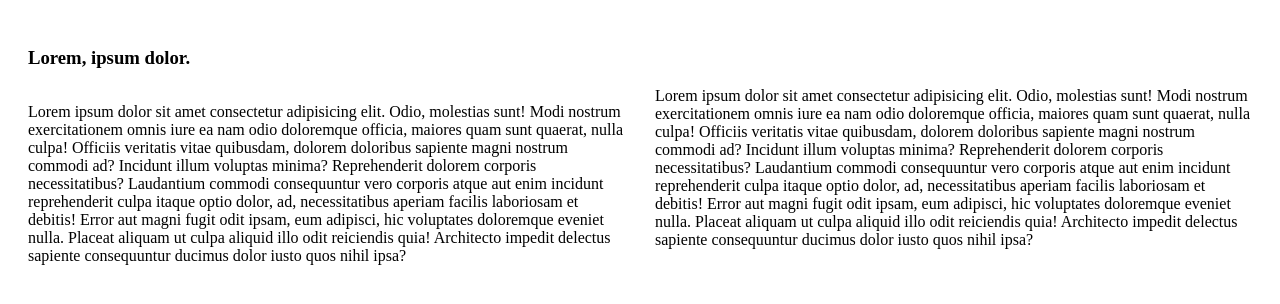
Repository: dinhhaidh/slider-book
Page: index.html
The author's editor kept a copy of each file at every save. The page is drawn from the files as they stood at one save, then again after the next save.
The browser window is 1280 px wide. The pictures show the whole page.

Above is the page before, as saved 2024-01-15 09:15:33.

### index.html
<!DOCTYPE html>
<html lang="en">
<head>
    <meta charset="UTF-8">
    <meta name="viewport" content="width=device-width, initial-scale=1.0">
    <title>Document</title>
</head>
<style>
    .content{
        columns: 200px 2;
        column-gap: 30px;
        padding: 20px;
    }
    .title{
        column-span: all;
        display: block;
    }
</style>
<body>
    <div class="content">
        <h3 class="title">Lorem, ipsum dolor.</h3>
        <p>Lorem ipsum dolor sit amet consectetur adipisicing elit. Odio, molestias sunt! Modi nostrum exercitationem omnis iure ea nam odio doloremque officia, maiores quam sunt quaerat, nulla culpa! Officiis veritatis vitae quibusdam, dolorem doloribus sapiente magni nostrum commodi ad? Incidunt illum voluptas minima? Reprehenderit dolorem corporis necessitatibus? Laudantium commodi consequuntur vero corporis atque aut enim incidunt reprehenderit culpa itaque optio dolor, ad, necessitatibus aperiam facilis laboriosam et debitis! Error aut magni fugit odit ipsam, eum adipisci, hic voluptates doloremque eveniet nulla. Placeat aliquam ut culpa aliquid illo odit reiciendis quia! Architecto impedit delectus sapiente consequuntur ducimus dolor iusto quos nihil ipsa?</p>
        <div class="content-wp">
            <p>Lorem ipsum dolor sit amet consectetur adipisicing elit. Odio, molestias sunt! Modi nostrum exercitationem omnis iure ea nam odio doloremque officia, maiores quam sunt quaerat, nulla culpa! Officiis veritatis vitae quibusdam, dolorem doloribus sapiente magni nostrum commodi ad? Incidunt illum voluptas minima? Reprehenderit dolorem corporis necessitatibus? Laudantium commodi consequuntur vero corporis atque aut enim incidunt reprehenderit culpa itaque optio dolor, ad, necessitatibus aperiam facilis laboriosam et debitis! Error aut magni fugit odit ipsam, eum adipisci, hic voluptates doloremque eveniet nulla. Placeat aliquam ut culpa aliquid illo odit reiciendis quia! Architecto impedit delectus sapiente consequuntur ducimus dolor iusto quos nihil ipsa?</p>
        </div>
    </div>
</body>
</html>

After the next save:
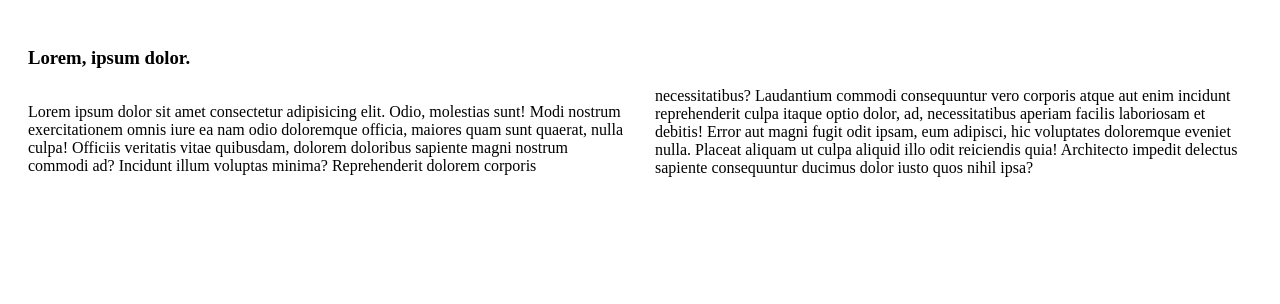
Saved 3 min 5 s later.
--- a/index.html
+++ b/index.html
@@ -20,9 +20,9 @@
     <div class="content">
         <h3 class="title">Lorem, ipsum dolor.</h3>
         <p>Lorem ipsum dolor sit amet consectetur adipisicing elit. Odio, molestias sunt! Modi nostrum exercitationem omnis iure ea nam odio doloremque officia, maiores quam sunt quaerat, nulla culpa! Officiis veritatis vitae quibusdam, dolorem doloribus sapiente magni nostrum commodi ad? Incidunt illum voluptas minima? Reprehenderit dolorem corporis necessitatibus? Laudantium commodi consequuntur vero corporis atque aut enim incidunt reprehenderit culpa itaque optio dolor, ad, necessitatibus aperiam facilis laboriosam et debitis! Error aut magni fugit odit ipsam, eum adipisci, hic voluptates doloremque eveniet nulla. Placeat aliquam ut culpa aliquid illo odit reiciendis quia! Architecto impedit delectus sapiente consequuntur ducimus dolor iusto quos nihil ipsa?</p>
-        <div class="content-wp">
+        <!-- <div class="content-wp">
             <p>Lorem ipsum dolor sit amet consectetur adipisicing elit. Odio, molestias sunt! Modi nostrum exercitationem omnis iure ea nam odio doloremque officia, maiores quam sunt quaerat, nulla culpa! Officiis veritatis vitae quibusdam, dolorem doloribus sapiente magni nostrum commodi ad? Incidunt illum voluptas minima? Reprehenderit dolorem corporis necessitatibus? Laudantium commodi consequuntur vero corporis atque aut enim incidunt reprehenderit culpa itaque optio dolor, ad, necessitatibus aperiam facilis laboriosam et debitis! Error aut magni fugit odit ipsam, eum adipisci, hic voluptates doloremque eveniet nulla. Placeat aliquam ut culpa aliquid illo odit reiciendis quia! Architecto impedit delectus sapiente consequuntur ducimus dolor iusto quos nihil ipsa?</p>
-        </div>
+        </div> -->
     </div>
 </body>
 </html>

After the save that followed:
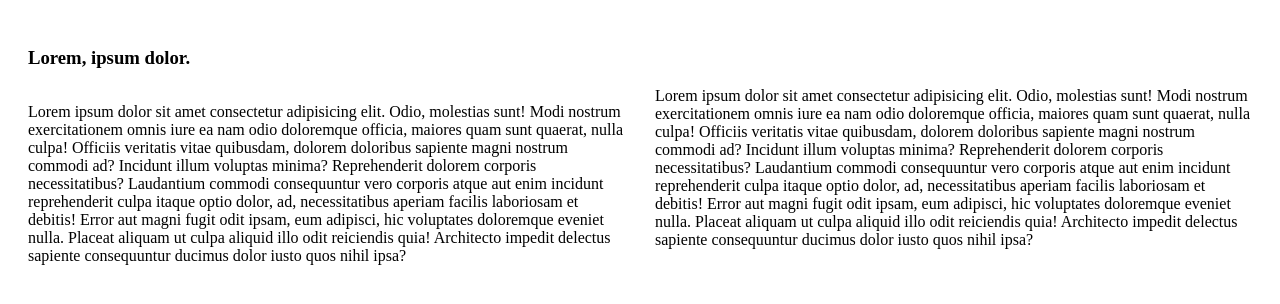
Saved 59 s later.
--- a/index.html
+++ b/index.html
@@ -20,9 +20,9 @@
     <div class="content">
         <h3 class="title">Lorem, ipsum dolor.</h3>
         <p>Lorem ipsum dolor sit amet consectetur adipisicing elit. Odio, molestias sunt! Modi nostrum exercitationem omnis iure ea nam odio doloremque officia, maiores quam sunt quaerat, nulla culpa! Officiis veritatis vitae quibusdam, dolorem doloribus sapiente magni nostrum commodi ad? Incidunt illum voluptas minima? Reprehenderit dolorem corporis necessitatibus? Laudantium commodi consequuntur vero corporis atque aut enim incidunt reprehenderit culpa itaque optio dolor, ad, necessitatibus aperiam facilis laboriosam et debitis! Error aut magni fugit odit ipsam, eum adipisci, hic voluptates doloremque eveniet nulla. Placeat aliquam ut culpa aliquid illo odit reiciendis quia! Architecto impedit delectus sapiente consequuntur ducimus dolor iusto quos nihil ipsa?</p>
-        <!-- <div class="content-wp">
+        <div class="content-wp">
             <p>Lorem ipsum dolor sit amet consectetur adipisicing elit. Odio, molestias sunt! Modi nostrum exercitationem omnis iure ea nam odio doloremque officia, maiores quam sunt quaerat, nulla culpa! Officiis veritatis vitae quibusdam, dolorem doloribus sapiente magni nostrum commodi ad? Incidunt illum voluptas minima? Reprehenderit dolorem corporis necessitatibus? Laudantium commodi consequuntur vero corporis atque aut enim incidunt reprehenderit culpa itaque optio dolor, ad, necessitatibus aperiam facilis laboriosam et debitis! Error aut magni fugit odit ipsam, eum adipisci, hic voluptates doloremque eveniet nulla. Placeat aliquam ut culpa aliquid illo odit reiciendis quia! Architecto impedit delectus sapiente consequuntur ducimus dolor iusto quos nihil ipsa?</p>
-        </div> -->
+        </div>
     </div>
 </body>
 </html>
